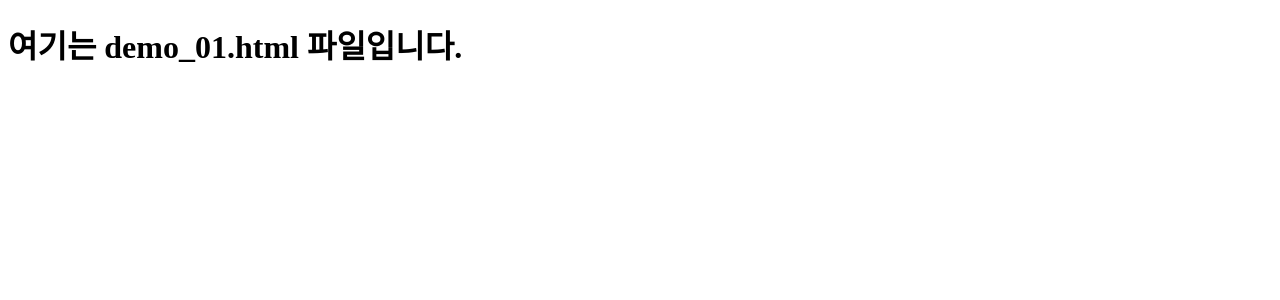
Repository: kimmingyeong225/totalJSP
Page: class_flexbox_011/src/main/webapp/demo_00.html
An editor plug-in stored every save of this project. The page is shown before and after the next save, followed by the edit.
The browser window is 1280 px wide. The pictures show the whole page.

Above is the page before, as saved 2024-07-01 00:17:36.

### class_flexbox_011/src/main/webapp/demo_00.html
<!DOCTYPE html>
<html>
<head>
<meta charset="UTF-8">
<title>Insert title here</title>
</head>
<body>

  <!-- http://localhost:8080/demo1/ -->
    <h1>여기는 demo_01.html 파일입니다.</h1>
</body>
</html>

After the next save:
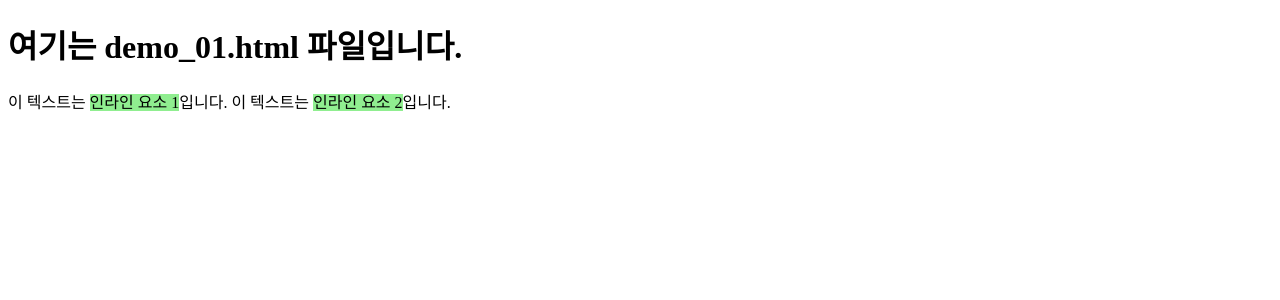
Saved 5 min 3 s later.
--- a/class_flexbox_011/src/main/webapp/demo_00.html
+++ b/class_flexbox_011/src/main/webapp/demo_00.html
@@ -2,11 +2,19 @@
 <html>
 <head>
 <meta charset="UTF-8">
-<title>Insert title here</title>
+<title>인라인요소와패딩그리고마진</title>
+<style type="text/css">
+	.m-inline{
+		background-color:lightgreen;
+	}
+</style>
 </head>
 <body>
-
-  <!-- http://localhost:8080/demo1/ -->
+ 	<!--  http://localhost:8080/demo1/  -->
     <h1>여기는 demo_01.html 파일입니다.</h1>
+    <p>
+    이 텍스트는 <span class="m-inline">인라인 요소 1</span>입니다.
+    이 텍스트는 <span class="m-inline">인라인 요소 2</span>입니다.
+    </p>
 </body>
 </html>
